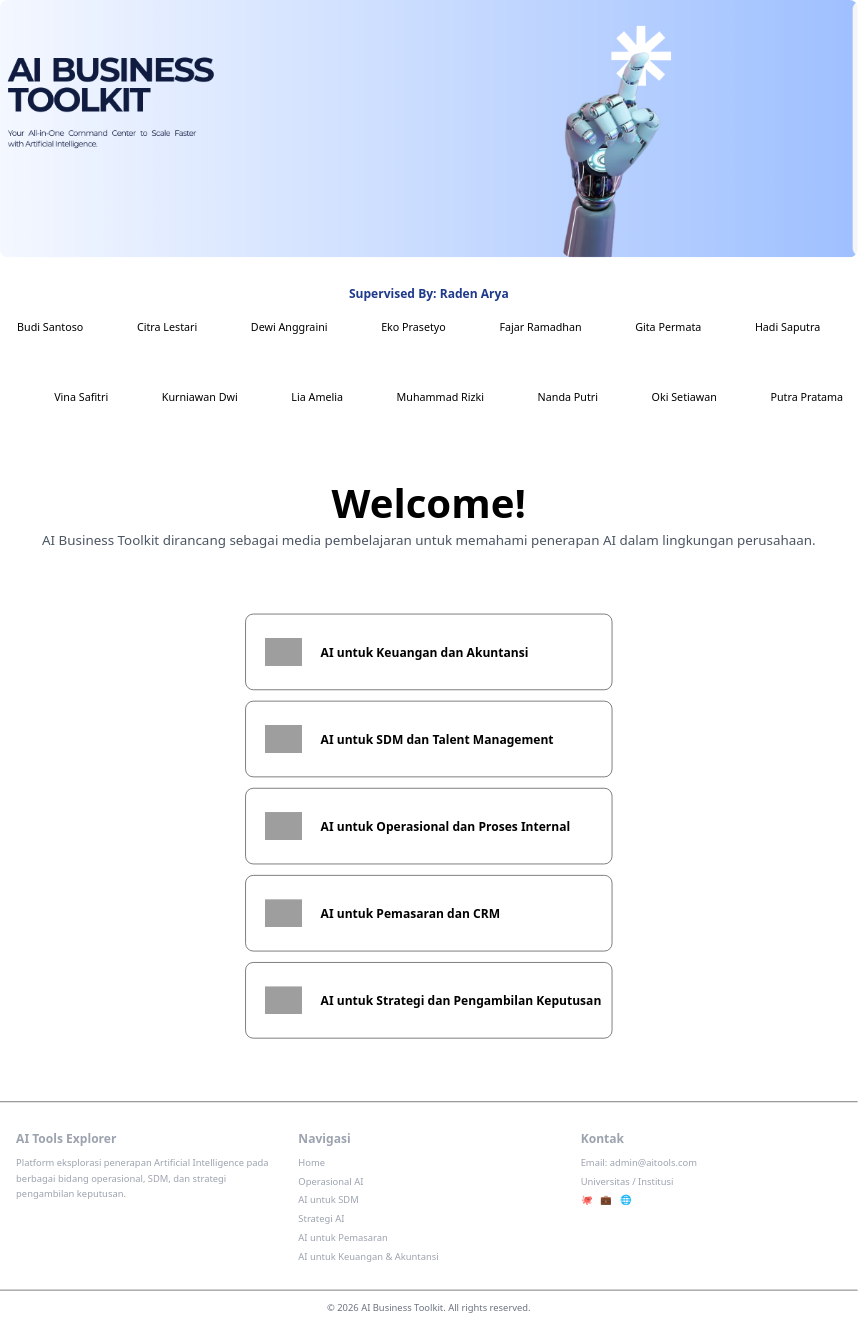
Repository: MUHAMADTEGARWIJAYA/AI-BUSINESS-TOOLKIT
Page: /
These files come from the project's save history. The page is drawn as it stood at one moment and after the next save; the edit follows.
The browser window is 1280 px wide. The pictures show the whole page, at 67% of full size.
Pictures or frames that could not be fetched are drawn as grey boxes. The project was rebuilt for these pictures with package versions that can differ from the ones it lists, and the page was loaded fresh each time. Also part of the build but not shown: vite.config.js, src/views/AiOperansional.vue, src/views/AiSdm.vue, src/views/AiStrategi.vue, src/views/AiPemasaran.vue, src/views/AiKeuanganAkuntansi.vue.

Above is the page before, as saved 2026-01-07 16:20:05.

### index.html
<!DOCTYPE html>
<html lang="">
  <head>
    <meta charset="UTF-8">
    <link rel="icon" href="/favicon.ico">
    <meta name="viewport" content="width=device-width, initial-scale=1.0">
    <title>AI Tools Kit</title>
  </head>
  <body>
    <div id="app"></div>
    <script type="module" src="/src/main.js"></script>
  </body>
</html>

### src/router/index.js
import { createRouter, createWebHistory } from 'vue-router'
import HomeView from '../views/HomeView.vue'
import AiOperansional from '../views/AiOperansional.vue'
import AiSdm from '../views/AiSdm.vue'
import AiStrategi from '../views/AiStrategi.vue'
import AiPemasaran from '@/views/AiPemasaran.vue'
import AiKeuanganAkuntansi from '@/views/AiKeuanganAkuntansi.vue'
const router = createRouter({
  history: createWebHistory(import.meta.env.BASE_URL),
  routes: [
    {
      path: '/',
      name: 'home',
      component: HomeView,
    },
    {
      path: '/ai/operasional',
      name: 'ai-operansional',
      component: AiOperansional,
    },
    {
      path: '/ai/sdm',
      name: 'ai-sdm',
      component: AiSdm,
    },
    {
      path: '/ai/strategi',
      name: 'ai-strategi',
      component: AiStrategi,
    },
    {
      path: '/ai/pemasaran',
      name: 'ai-pemasaran',
      component: AiPemasaran,
    },
    {
      path: '/ai/keuangan',
      name: 'ai-keuangan',
      component: AiKeuanganAkuntansi,
    },

  ],
})

export default router

### src/views/HomeView.vue
<template>
  <div class="min-h-screen flex flex-col justify-center items-start">
    <div class="w-full max-w-full">
      <div
        class="w-full md:h-96 h-52 rounded-xl bg-contain md:bg-cover bg-no-repeat bg-center"
        :style="{ backgroundImage: `url('${bgImage}')` }"
      ></div>
    </div>

    <div class="w-full">
      <NamaFloating />
    </div>

    <div class="w-full flex justify-center px-10 md:px-0 items-center">
      <div class="min-h-screen space-y-4">
        <h1 class="text-white text-2xl font-bold mb-6">Lingkup Penerapan AI</h1>

        <router-link v-for="item in lingkupAI" :key="item.id" :to="item.route" class="block">
          <div class="flex items-center gap-4 border border-neutral-700 rounded-xl p-4 transition">
            <img
              :src="item.image"
              alt="icon"
              class="w-20 h-20 object-contain bg-white rounded-lg p-3"
            />
            <h2 class="text-black text-lg font-semibold">
              {{ item.title }}
            </h2>
          </div>
        </router-link>
      </div>
    </div>
  </div>

  <FooterView />
</template>

<script setup>
import { ref, onMounted, onUnmounted } from 'vue'
import NamaFloating from './NamaFloating.vue'
import { lingkupAI } from '../data/data.js'
import FooterView from './FooterView.vue'

const bgImage = ref('/dddd.png')

const updateBg = () => {
  bgImage.value = window.innerWidth >= 768 ? '/bb.png' : '/mobil.png'
}

onMounted(() => {
  updateBg()
  window.addEventListener('resize', updateBg)
})

onUnmounted(() => {
  window.removeEventListener('resize', updateBg)
})
</script>

### src/views/NamaFloating.vue
<template>
  <div class="min-h-fit bg-white overflow-hidden py-10">
    <h1 class="text-lg font-bold flex justify-center text-blue-900 mb-5">
      Supervised By: Raden Arya
    </h1>
    <div class="space-y-6">
      <!-- Line 1 - Nama 1-10 Gerak ke Kanan -->
      <div class="relative h-20 flex overflow-hidden">
        <div class="scroll-container animate-scroll-right flex gap-4 whitespace-nowrap absolute">
          <div
            v-for="(nama, idx) in line1Double"
            :key="idx"
            class="floating-card inline-block px-8 py-1 bg-white"
          >
            <span class="text-black font-medium text-base">{{ nama }}</span>
          </div>
        </div>
      </div>

      <!-- Line 2 - Nama 11-21 Gerak ke Kiri -->
      <div class="relative h-20 flex overflow-hidden">
        <div class="scroll-container animate-scroll-left flex gap-4 whitespace-nowrap absolute">
          <div
            v-for="(nama, idx) in line2Double"
            :key="idx"
            class="floating-card inline-block px-8 py-1 bg-white"
          >
            <span class="text-black font-medium text-base">{{ nama }}</span>
          </div>
        </div>
      </div>
    </div>

    <!-- Title -->
    <div class="text-center mt-16">
      <h1 class="md:text-6xl text-3xl font-bold text-black mb-3">Welcome!</h1>
      <p class="text-gray-600 md:text-xl text-lg">
        AI Business Toolkit dirancang sebagai media pembelajaran untuk memahami penerapan AI dalam
        lingkungan perusahaan.
      </p>
    </div>
  </div>
</template>

<script setup>
import { computed } from 'vue'

// Line 1: Nama 1-10 (gerak ke kanan)
const line1 = [
  'Ahmad Fauzi',
  'Budi Santoso',
  'Citra Lestari',
  'Dewi Anggraini',
  'Eko Prasetyo',
  'Fajar Ramadhan',
  'Gita Permata',
  'Hadi Saputra',
  'Indah Puspitasari',
  'Joko Widodo',
]

// Line 2: Nama 11-21 (gerak ke kiri)
const line2 = [
  'Kurniawan Dwi',
  'Lia Amelia',
  'Muhammad Rizki',
  'Nanda Putri',
  'Oki Setiawan',
  'Putra Pratama',
  'Rina Oktaviani',
  'Sandi Mahendra',
  'Tia Ayuningtyas',
  'Umar Hakim',
  'Vina Safitri',
]

// Duplicate arrays untuk seamless loop
const line1Double = computed(() => [...line1, ...line1])
const line2Double = computed(() => [...line2, ...line2])
</script>

<style scoped>
@keyframes scrollRight {
  0% {
    transform: translateX(0);
  }
  100% {
    transform: translateX(-50%);
  }
}

@keyframes scrollLeft {
  0% {
    transform: translateX(-50%);
  }
  100% {
    transform: translateX(0);
  }
}

.animate-scroll-right {
  animation: scrollRight 50s linear infinite;
}

.animate-scroll-left {
  animation: scrollLeft 50s linear infinite;
}

.floating-card {
  transition: all 0.3s ease;
}

.floating-card:hover {
  transform: translateY(-3px);
  /* box-shadow: 0 10px 25px rgba(0, 0, 0, 0.15); */
}

.scroll-container:has(.floating-card:hover) {
  animation-play-state: paused;
}
</style>

### src/data/data.js
export const lingkupAI = [
  {
    id: 1,
    title: "AI untuk Keuangan dan Akuntansi",
    image: "https://cdn-icons-png.flaticon.com/512/3135/3135706.png",
    route: "/ai/keuangan",
  },
  {
    id: 2,
    title: "AI untuk SDM dan Talent Management",
    image: "https://cdn-icons-png.flaticon.com/512/3135/3135715.png",
    route: "/ai/sdm",
  },
  {
    id: 3,
    title: "AI untuk Operasional dan Proses Internal",
    image: "https://cdn-icons-png.flaticon.com/512/3135/3135723.png",
    route: "/ai/operasional",
  },
  {
    id: 4,
    title: "AI untuk Pemasaran dan CRM",
    image: "https://cdn-icons-png.flaticon.com/512/3135/3135721.png",
    route: "/ai/pemasaran",
  },
  {
    id: 5,
    title: "AI untuk Strategi dan Pengambilan Keputusan",
    image: "https://cdn-icons-png.flaticon.com/512/3135/3135710.png",
    route: "/ai/strategi",
  },
];


// export const aiUsageData = [
//   {
//     id: 1,
//     usage: "Automasi alur kerja operasional",
//     tools: ["UiPath", "Automation Anywhere"],
//     impact: "Mempercepat proses kerja dan mengurangi tugas repetitif",
//     departments: ["Operasional", "IT"],
//     link: "https://www.uipath.com/",
//   },
//   {
//     id: 2,
//     usage: "Monitoring kinerja proses internal",
//     tools: ["Power BI", "Tableau"],
//     impact: "Memberikan laporan kinerja real-time",
//     departments: ["Manajer Operasional"],
//     link: "https://www.tableau.com/",
//   },
//   {
//     id: 3,
//     usage: "Analisis efisiensi proses kerja",
//     tools: ["Celonis"],
//     impact: "Mengidentifikasi hambatan (bottleneck) proses",
//     departments: ["Operasional", "Manajemen"],
//     link: "https://www.celonis.com/",
//   },
//   {
//     id: 4,
//     usage: "Manajemen jadwal dan tugas otomatis",
//     tools: ["ClickUp AI", "Asana AI"],
//     impact: "Meningkatkan koordinasi dan ketepatan waktu",
//     departments: ["Tim Operasional"],
//     link: "https://clickup.com/",
//   },
//   {
//     id: 5,
//     usage: "Penyaringan CV otomatis",
//     tools: ["HireVue", "Pymetrics"],
//     impact: "Mempercepat proses seleksi karyawan",
//     departments: ["HR Recruitment"],
//     link: "https://www.hirevue.com/",
//   },
//   {
//     id: 6,
//     usage: "Chatbot HR untuk karyawan",
//     tools: ["IBM Watson Assistant"],
//     impact: "Respon cepat atas pertanyaan karyawan",
//     departments: ["HR", "IT Support"],
//     link: "https://www.ibm.com/watson",
//   },
//   {
//     id: 7,
//     usage: "Analisis kinerja dan kepuasan karyawan",
//     tools: ["Qualtrics AI"],
//     impact: "Meningkatkan retensi dan engagement",
//     departments: ["HR Development"],
//     link: "https://www.qualtrics.com",
//   },
// ];


export const aiTableData = [
  {
    id: 1,
    usage: "Automasi alur kerja operasional",
    tools: "UiPath, Automation Anywhere",
    impact: "Mempercepat proses kerja dan mengurangi tugas repetitif",
    department: "Operasional, IT",
    link: "https://www.uipath.com/",
  },
  {
    id: 2,
    usage: "Monitoring kinerja proses internal",
    tools: "Power BI, Tableau",
    impact: "Memberikan laporan kinerja real-time",
    department: "Manajer Operasional",
    link: "https://www.tableau.com/",
  },
  {
    id: 3,
    usage: "Analisis efisiensi proses kerja",
    tools: "Celonis",
    impact: "Mengidentifikasi hambatan (bottleneck) proses",
    department: "Operasional, Manajemen",
    link: "https://www.celonis.com/",
  },
  {
    id: 4,
    usage: "Manajemen jadwal dan tugas otomatis",
    tools: "ClickUp AI, Asana AI",
    impact: "Meningkatkan koordinasi dan ketepatan waktu",
    department: "Tim Operasional",
    link: "https://clickup.com/",
  },
  {
    id: 5,
    usage: "Penyaringan CV otomatis",
    tools: "HireVue, Pymetrics",
    impact: "Mempercepat proses seleksi karyawan",
    department: "HR Recruitment",
    link: "https://www.hirevue.com/",
  },
  {
    id: 6,
    usage: "Chatbot HR untuk karyawan",
    tools: "IBM Watson Assistant",
    impact: "Respon cepat atas pertanyaan karyawan",
    department: "HR, IT Support",
    link: "https://www.ibm.com/watson",
  },
  {
    id: 7,
    usage: "Analisis kinerja dan kepuasan karyawan",
    tools: "Qualtrics AI",
    impact: "Meningkatkan retensi dan engagement",
    department: "HR Development",
    link: "https://www.qualtrics.com",
  },
];

### src/views/FooterView.vue
<template>
  <footer class="border-t text-gray-400 border-neutral-700 mt-16">
    <div class="max-w-7xl mx-auto px-6 py-10 grid gap-8 md:grid-cols-3">
      <!-- About -->
      <div>
        <h3 class="text-gray-400 text-lg font-semibold mb-3">AI Tools Explorer</h3>
        <p class="text-gray-400 text-sm leading-relaxed">
          Platform eksplorasi penerapan Artificial Intelligence pada berbagai bidang operasional,
          SDM, dan strategi pengambilan keputusan.
        </p>
      </div>

      <!-- Navigation -->
      <div>
        <h3 class="text-gray-400 text-lg font-semibold mb-3">Navigasi</h3>
        <ul class="space-y-2 text-sm">
          <li>
            <router-link to="/" class="text-gray-400 hover:text-gray-900 transition">
              Home
            </router-link>
          </li>
          <li>
            <router-link to="/ai/operasional" class="text-gray-400 hover:text-gray-900 transition">
              Operasional AI
            </router-link>
          </li>
          <li>
            <router-link to="/ai/sdm" class="text-gray-400 hover:text-gray-900 transition">
              AI untuk SDM
            </router-link>
          </li>
          <li>
            <router-link to="/ai/strategi" class="text-gray-400 hover:text-gray-900 transition">
              Strategi AI
            </router-link>
          </li>
          <li>
            <router-link to="/ai/pemasaran" class="text-gray-400 hover:text-gray-900 transition">
              AI untuk Pemasaran
            </router-link>
          </li>
          <li>
            <router-link to="/ai/keuangan" class="text-gray-400 hover:text-gray-900 transition">
              AI untuk Keuangan & Akuntansi
            </router-link>
          </li>
        </ul>
      </div>

      <!-- Contact / Social -->
      <div>
        <h3 class="text-gray-400 text-lg font-semibold mb-3">Kontak</h3>
        <ul class="space-y-2 text-sm text-gray-400">
          <li>Email: admin@aitools.com</li>
          <li>Universitas / Institusi</li>
          <li class="flex gap-3 mt-3">
            <a href="#" class="hover:text-white transition" title="GitHub"> 🐙 </a>
            <a href="#" class="hover:text-white transition" title="LinkedIn"> 💼 </a>
            <a href="#" class="hover:text-white transition" title="Website"> 🌐 </a>
          </li>
        </ul>
      </div>
    </div>

    <!-- Bottom -->
    <div class="border-t border-neutral-700 text-center py-4">
      <p class="text-gray-500 text-sm">
        © {{ new Date().getFullYear() }} AI Business Toolkit. All rights reserved.
      </p>
    </div>
  </footer>
</template>

Loaded but not shown: src/main.js (common file); src/assets/main.css (common file); src/App.vue (common file); tailwind.config.js (common file)

After the next save:
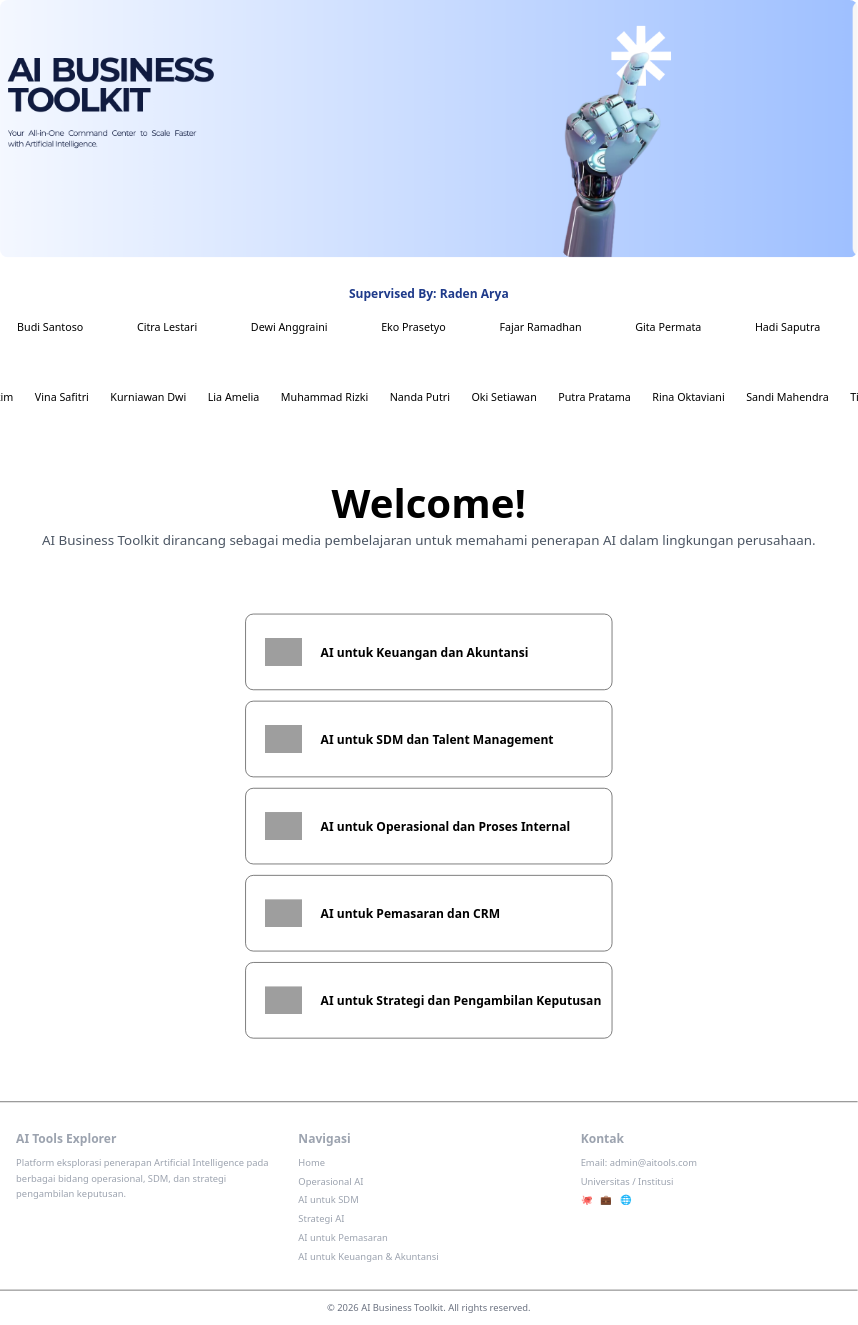
Saved 24 s later.
--- a/src/views/NamaFloating.vue
+++ b/src/views/NamaFloating.vue
@@ -23,7 +23,7 @@
           <div
             v-for="(nama, idx) in line2Double"
             :key="idx"
-            class="floating-card inline-block px-8 py-1 bg-white"
+            class="floating-card inline-block px-2 py-1 bg-white"
           >
             <span class="text-black font-medium text-base">{{ nama }}</span>
           </div>
